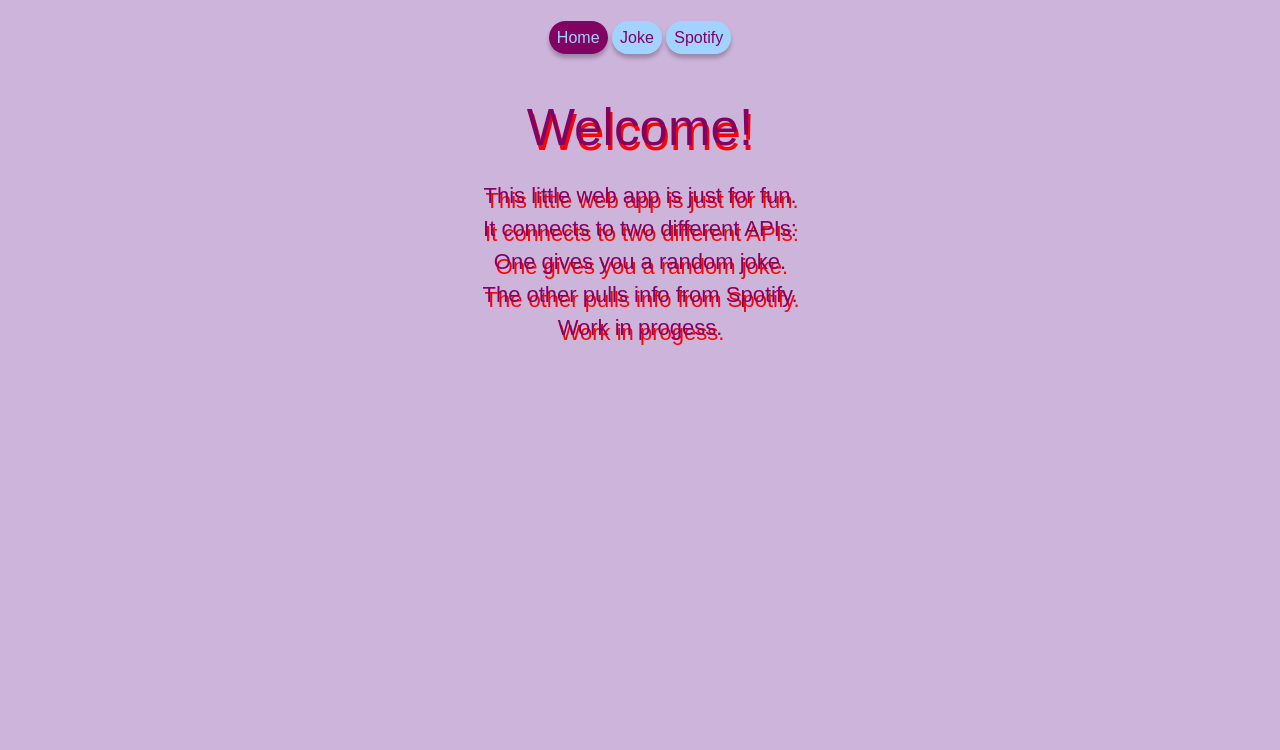
Repository: rosieomusic/spotify-react
Page: /
These files come from the project's save history. The page is drawn as it stood at one moment and after the next save; the edit follows.
The browser window is 1280 px wide. The pictures show the whole page.
The page's requests for data from a server got no answer. Some web fonts or font styles are not loaded; a fallback is used. The project was rebuilt for these pictures with package versions that can differ from the ones it lists, and the page was loaded fresh each time. No one was signed in, and anything a server would have sent is missing. Also part of the build but not shown: vite.config.js, src/services/SpotifyService.js, src/components/AlbumComponent.jsx, src/pages/SpotifyPage.jsx, src/services/JokeService.js, src/pages/JokePage.jsx.

Above is the page before, as saved 2025-05-23 00:03:40.

### index.html
<!DOCTYPE html>
<html lang="en">
	<head>
		<meta charset="UTF-8" />

		<meta
			name="viewport"
			content="width=device-width, initial-scale=1.0"
		/>
		<link
			rel="preconnect"
			href="https://fonts.googleapis.com"
		/>
		<link
			rel="preconnect"
			href="https://fonts.gstatic.com"
			crossorigin
		/>
		<link
			href="https://fonts.googleapis.com/css2?family=Jersey+10&display=swap"
			rel="stylesheet"
		/>
		<title>Joke and Spotify API</title>
	</head>
	<body>
		<div id="root"></div>
		<script
			type="module"
			src="/src/main.jsx"
		></script>
	</body>
</html>

### src/index.css
:root {
	font-family: system-ui, Avenir, Helvetica, Arial, sans-serif;
	line-height: 1.5;
	font-weight: 400;
	color: black;
	background-color: white;
	font-synthesis: none;
	text-rendering: optimizeLegibility;
	-webkit-font-smoothing: antialiased;
	-moz-osx-font-smoothing: grayscale;
}

h1 {
	font-size: 3.2em;
	line-height: 1.1;
}

### src/App.jsx
import './App.css';
import { HashRouter, Routes, Route, NavLink } from 'react-router-dom';

import HomePage from './pages/HomePage';
import SpotifyPage from './pages/SpotifyPage';
import JokePage from './pages/JokePage';

function App() {
	return (
		<HashRouter>
			<div id='app-container'>
				<nav>
					<NavLink
						to='/'
						className={({ isActive }) =>
							isActive ? 'nav-link active' : 'nav-link'
						}
					>
						Home
					</NavLink>{' '}
					<NavLink
						to='/joke'
						className={({ isActive }) =>
							isActive ? 'nav-link active' : 'nav-link'
						}
					>
						Joke
					</NavLink>{' '}
					<NavLink
						to='/spotify'
						className={({ isActive }) =>
							isActive ? 'nav-link active' : 'nav-link'
						}
					>
						Spotify
					</NavLink>
				</nav>

				<main>
					<Routes>
						<Route
							path='/'
							element={<HomePage />}
						/>
						<Route
							path='/joke'
							element={<JokePage />}
						/>
						<Route
							path='/spotify'
							element={<SpotifyPage />}
						/>
					</Routes>
				</main>
			</div>
		</HashRouter>
	);
}

export default App;

### src/App.css
html,
body {
	margin: 0;
	padding: 0;
	background-color: #cdb4db;
	box-sizing: border-box;
	font-family: 'Jersey 10', sans-serif;
	color: #820263;
	margin-bottom: 20px;
	padding-inline-start: 0;
	word-wrap: break-word;
	overflow-wrap: break-word;
}
body {
	margin-top: 10px;
	overflow-x: hidden;
}
:root {
	background-color: #cdb4db;
	margin: 0;
}
#root {
	width: 100%;
	height: 100%;
	margin: 0 auto;
	display: flex;
	justify-content: center;
	align-items: center;
	text-align: center;
	background-color: #cdb4db;
}
.spotify-wrapper {
	width: 100%;
	min-width: 100vw;
	min-height: 100vh;
	background-color: #cdb4db;
	display: flex;
	justify-content: center;
	align-items: flex-start;
}
#jokes {
	border: 5px dotted #820263;
	padding: 20px;
	box-sizing: border-box;
	margin: 20px;
}

#app-container {
	display: flex;
	flex-direction: column;
	min-height: 100vh;
	flex-grow: 1;
}
.spotify-page {
	flex-grow: 1;
	height: 100%;
	width: 100%;
	display: flex;
	flex-direction: column;
	align-items: center;
	background-color: #cdb4db;
	padding-bottom: 4rem;
}

button {
	font-family: 'Jersey 10', sans-serif;
	background-color: #a2d2ff;
	border: none;
	margin-top: 20px;
	transition: box-shadow 200ms ease-in-out, transform 200ms ease-in-out;
	box-shadow: 0 4px 4px rgba(0, 0, 0, 0.25);
	cursor: pointer;
	outline: none;
	transition: border-color 0.25s;
	transform: scale(1);
	transform-origin: center;
	padding: 0.6em 1.2em;
	font-size: 1.1em;
	font-weight: 500;
	border-radius: 30px;
	color: #820263;
	margin-bottom: 20px;
}
button:focus {
	border: none;
	outline: none;
}
button:hover {
	transform: scale(1.05);
	box-shadow: 0 2x 2px rgba(0, 0, 0, 0.25);
}
h1,
p {
	font-weight: 100;
	justify-self: center;
	text-align: center;
	align-self: center;
	margin-bottom: 20px;
	text-shadow: red 2px 5px;
}
li {
	list-style-type: none;
	line-height: normal;
	white-space: normal;
	word-break: break-word;

	margin-top: 0;
}
h2 {
	font-size: 2em;
	text-align: center;
	padding-left: 1em;
	padding-right: 1em;
}
p {
	font-size: 22px;
}
h3 {
	font-size: 2em;
	padding: 0;
	margin: 0;
}
label {
	font-size: 1.5em;
}
#track {
	margin: 3px;
}

nav {
	text-align: center;
	margin-top: 1rem;
}

.info {
	text-align: left;
	font-size: 40px;
	line-height: normal;
	display: block;
}
.bandImg {
	width: 100%;
	display: block;
	max-width: 100%;
	border-radius: 70%;
	padding: 1em;
}
.bandImg,
.albumImg {
	margin: 0 auto;

	height: auto;
}

.albumImg {
	width: 100%;
	max-width: 100%;
	display: block;
}
a {
	text-decoration: none;
	color: #820263;
	background-color: #a2d2ff;
	border-radius: 30px;
	padding: 0.5em;
	box-shadow: 0 4px 4px rgba(0, 0, 0, 0.25);
}
.link {
	background-color: #cdb4db;
}
.nav-link.active {
	text-decoration: none;
	color: #a2d2ff;
	background-color: #820263;
}
.nav-link:hover {
	text-decoration: none;
	color: #a2d2ff;
	background-color: #820263;
}
main {
	display: flex;
	flex-direction: column;
	justify-content: center;
	align-items: center;
	text-align: center;
	height: 100%;
	box-sizing: border-box;

	padding-top: 1rem;
}
input {
	margin-top: 10px;
	border: none;
	padding: 0.5em;
	border-radius: 30px;
	font-family: 'Jersey 10', sans-serif;
	font-size: 18px;
	font-weight: 100;
	color: #645394;
	box-shadow: 0 4px 4px rgba(0, 0, 0, 0.25);
}
input:focus {
	border: none;
	outline: none;
}
footer {
	background-color: #cdb4db;
	border: 1px solid #820263;
	border-left: none;
	border-right: none;
}
ol {
	margin: 20px;
	font-size: 28px;
	font-weight: 400;
	text-align: left;
	padding-left: 0;
	height: auto;
}
#track-link {
	background-color: #cdb4db;
	cursor: pointer;
	overflow: hidden;
}
.top-tracks {
	border: 5px dotted #820263;

	justify-self: center;
}
a#track-link {
	padding: 0;
	margin: 0;
}
p#track:hover {
	color: white;
}
@media screen and (max-width: 768px) {
	.bandImg {
		max-width: 90%;
	}
	.albumImg {
		max-width: 90%;
	}
	h2 {
		font-size: 1em;
	}
	.info {
		font-size: 2em;
	}
	ol {
		word-wrap: break-word;
	}
	li {
		font-size: 1em;
		word-break: break-word;
		white-space: normal;
	}
}

### src/pages/HomePage.jsx
import React from 'react';

export default function HomePage() {
	return (
		<div>
			<h1>Welcome!</h1>
			<p>
				This little web app is just for fun. <br />
				It connects to two different APIs: <br />
				One gives you a random joke.
				<br />
				The other pulls info from Spotify.
				<br />
				Work in progess.
			</p>
		</div>
	);
}

Loaded but not shown: src/main.jsx (common file)

After the next save:
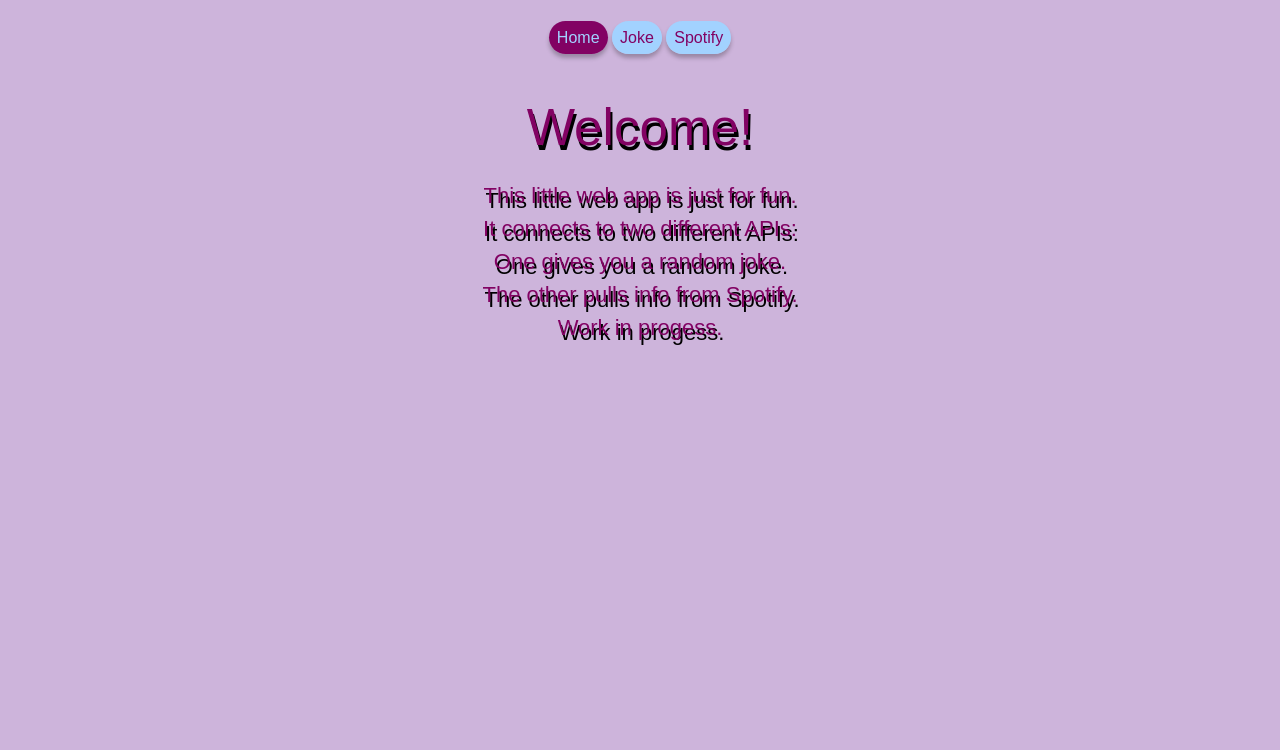
Saved 15 s later.
--- a/src/App.css
+++ b/src/App.css
@@ -96,7 +96,7 @@ p {
 	text-align: center;
 	align-self: center;
 	margin-bottom: 20px;
-	text-shadow: red 2px 5px;
+	text-shadow: black 2px 5px;
 }
 li {
 	list-style-type: none;
